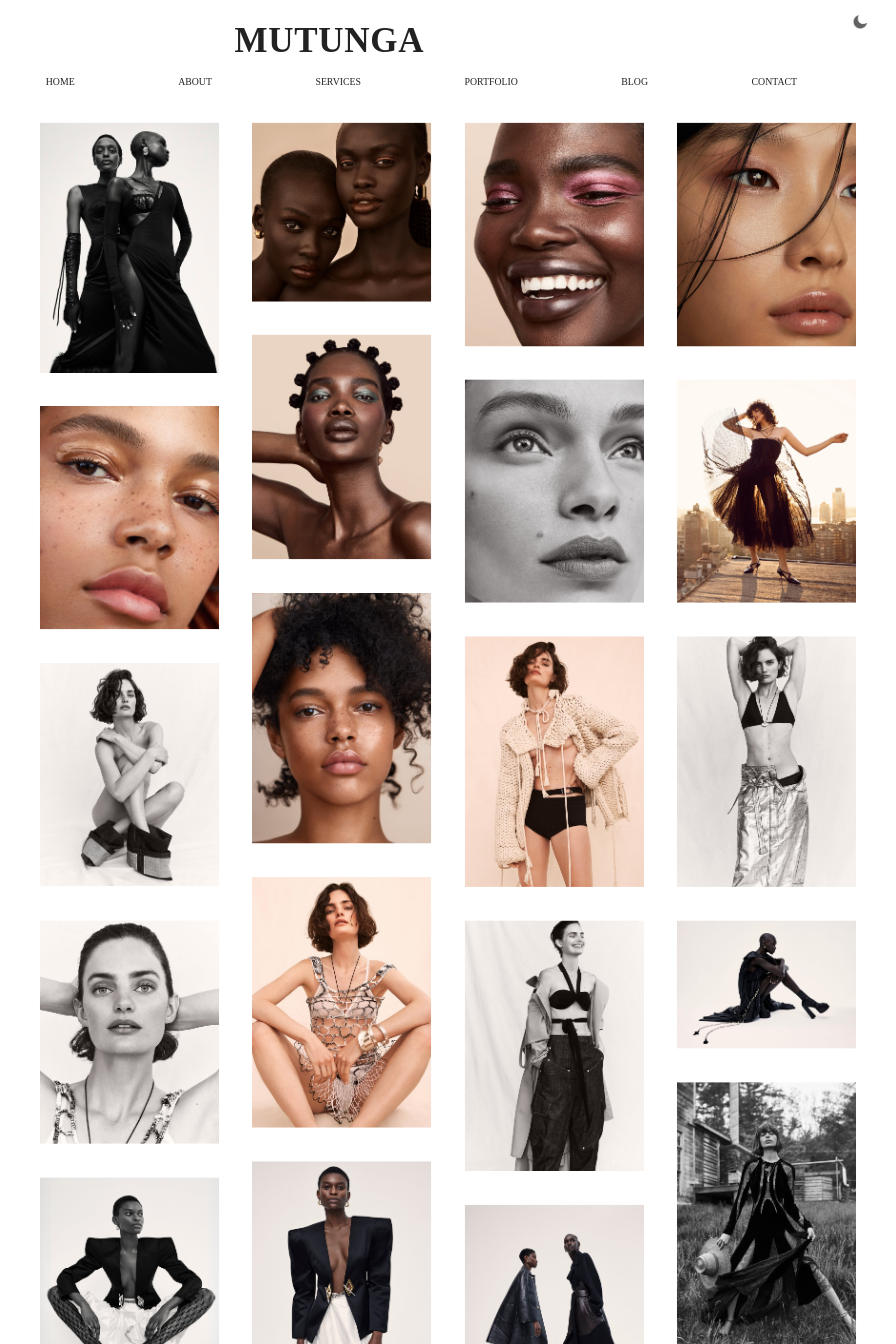
Repository: Jonar254/mutunga-concept-01
Page: index.html
An editor plug-in stored every save of this project. The page is shown before and after the next save, followed by the edit.
The browser window is 1280 px wide. The pictures show the part of the page from y = 0 to 1920 px (the page is 5074 px tall), at 70% of full size.
Some web fonts or font styles are not loaded; a fallback is used.

Above is the page before, as saved 2024-07-10 21:52:26.

### index.html
<!doctype html>
<!--[if lt IE 7]>      <html class="no-js lt-ie9 lt-ie8 lt-ie7" lang=""> <![endif]-->
<!--[if IE 7]>         <html class="no-js lt-ie9 lt-ie8" lang=""> <![endif]-->
<!--[if IE 8]>         <html class="no-js lt-ie9" lang=""> <![endif]-->
<!--[if gt IE 8]><!--> <html class="no-js" lang="en"> <!--<![endif]-->


<head>
        <meta charset="utf-8">
        <meta name="viewport" content="width=device-width, initial-scale=1">
		<meta name="description" content="">
        <meta name="author" content="IconicThemes">

        <title>Mutunga Photos || Index</title>

		<link rel="shortcut icon" type="image/x-icon" href="img/favicon.png">

        <!-- Font Awesome Icons CSS -->
        <link rel="stylesheet" href="css/font-awesome.min.css">
        <!-- Themify Icons CSS -->
        <link rel="stylesheet" href="css/themify-icons.css">
        <!-- Elegant Font Icons CSS -->
        <link rel="stylesheet" href="css/elegant-font-icons.css">
        <!-- Elegant Line Icons CSS -->
        <link rel="stylesheet" href="css/elegant-line-icons.css">
		<!-- Bootstrap CSS -->
        <link rel="stylesheet" href="css/bootstrap.min.css">
        <!-- CSS Animation -->
        <link rel="stylesheet" href="css/animate.min.css">
		<!-- Venobox CSS -->
        <link rel="stylesheet" href="css/venobox/venobox.css">
		<!-- OWL-Carousel CSS -->
        <link rel="stylesheet" href="css/owl.carousel.css">
        <!-- Slick Nav CSS -->
        <link rel="stylesheet" href="css/slicknav.min.css">
		<!-- Main CSS -->
        <link rel="stylesheet" href="css/main.css">
		<!-- Responsive CSS -->
        <link rel="stylesheet" href="css/responsive.css">

        <script src="js/vendor/modernizr-2.8.3-respond-1.4.2.min.js"></script>
        <script src="https://cdnjs.cloudflare.com/ajax/libs/scrollReveal.js/4.0.9/scrollreveal.min.js" integrity="sha512-Kr+RPfLjQ71E0cJ9nseJ6jwTrnmMnuSPnnsVQQ/ZYYCjOHKfJcWj8ILICXnvf9A7ZQChNzIbr9x/ZAxA6xAZlQ==" crossorigin="anonymous" referrerpolicy="no-referrer"></script>
        <script>
            document.addEventListener('DOMContentLoaded', function() {
              ScrollReveal().reveal('.reveal', {
                duration: 1000,      // Duration of the animation
                easing: 'ease-in-out', // Easing for a smooth animation
                viewFactor: 0.3,     // Percentage of the element that must be within the viewport
                mobile: true,        // Ensures that the animations work on mobile devices
              });
            });
          </script>

    </head>
    <body>
        <!--[if lt IE 8]>
            <p class="browserupgrade">You are using an <strong>outdated</strong> browser. Please <a href="http://browsehappy.com/">upgrade your browser</a> to improve your experience.</p>
        <![endif]-->

        <div class="site-preloader-wrap">
            <div class="spinner"></div>
        </div><!-- Preloader -->

        <header id="header" class="header-section">
            <div class="container-fluid">
                <div class="row d-flex flex-column align-items-center">
                    <div class="col-lg-6 col-md-12 text-center text-lg-left pt-lg-4">
                        <div class="site-branding">
                            <a href="index.html"><h2 class="site-title">MUTUNGA</h2></a>
                        </div>
                    </div>
                    <div id="theme-toggle" class="theme-toggle">
                        <button id="theme-toggle" class="theme-toggle"><img src="img/sun.png" alt="Toggle Theme" style="max-width: 25px; max-height: 25px;"></button>
                    </div>
                    <div class="col-12 text-center">
                        <ul id="mainmenu" class="nav navbar-nav nav-menu">
                            <li class="nav-item active"><a href="index.html" class="nav-link">Home</a></li>
                            <li class="nav-item"><a href="#" class="nav-link">About</a></li>
                            <li class="nav-item"><a href="#" class="nav-link">Services</a></li>
                            <li class="nav-item"><a href="#" class="nav-link">Portfolio</a></li>
                            <li class="nav-item"><a href="#" class="nav-link">Blog</a></li>
                            <li class="nav-item"><a href="#" class="nav-link">Contact</a></li>
                        </ul>
                    </div>
                    <!-- Theme toggle button -->

                </div>
            </div>
        </header>



       <!--<div class="header-height"></div>-->



        <section class="portfolio-section padding">
        <div class="container-fluid px-lg-5">
            <!-- <div class="row">
                 <ul class="portfolio-filter text-center mb-30">
                     <li class="active" data-filter="*">All</li>
                     <li data-filter=".branding">Branding</li>
                     <li data-filter=".design">Design</li>
                     <li data-filter=".wordpress">Wordpress</li>
                     <li data-filter=".marketing">Marketing</li>
                 </ul> /.Work filter
             </div> -->
             <div class="row portfolio-items">
                 <div class="col-lg-3 col-md-4 col-sm-6 mb-5 px-sm-4 px-md-4 reveal single-item ">
                     <div class="portfolio-box">
                         <img src="img/lara (17).jpg" alt="img">

                     </div>
                 </div><!-- /Portfolio-1 -->
                 <div class="col-lg-3 col-md-4 col-sm-6 mb-5 px-sm-4 px-md-4 reveal single-item ">
                     <div class="portfolio-box">
                         <img src="img/lara (2).jpeg" alt="img">

                     </div>
                 </div><!-- /Portfolio-2 -->
                 <div class="col-lg-3 col-md-4 col-sm-6 mb-5 px-sm-4 px-md-4 reveal single-item ">
                     <div class="portfolio-box">
                         <img src="img/lara (3).jpeg" alt="img">

                     </div>
                 </div><!-- /Portfolio-3 -->
                 <div class="col-lg-3 col-md-4 col-sm-6 mb-5 px-sm-4 px-md-4 reveal single-item ">
                     <div class="portfolio-box">
                         <img src="img/lara (1).jpg" alt="img">

                     </div>
                 </div><!-- /Portfolio-4 -->
                 <div class="col-lg-3 col-md-4 col-sm-6 mb-5 px-sm-4 px-md-4 reveal single-item " >
                     <div class="portfolio-box">
                         <img src="img/lara (5).jpeg" alt="img">

                     </div>
                 </div><!-- /Portfolio-5 -->
                 <div class="col-lg-3 col-md-4 col-sm-6 mb-5 px-sm-4 px-md-4 reveal single-item " >
                     <div class="portfolio-box">
                         <img src="img/lara (6).jpeg" alt="img">

                     </div>
                 </div><!-- /Portfolio-6 -->
                 <div class="col-lg-3 col-md-4 col-sm-6 mb-5 px-sm-4 px-md-4 reveal single-item " >
                     <div class="portfolio-box">
                         <img src="img/lara (7).jpeg" alt="img">

                     </div>
                 </div><!-- /Portfolio-7 -->
                 <div class="col-lg-3 col-md-4 col-sm-6 mb-5 px-sm-4 px-md-4 reveal single-item " >
                     <div class="portfolio-box">
                         <img src="img/lara (8).jpg" alt="img">

                     </div>
                 </div><!-- /Portfolio-8 -->
                 <div class="col-lg-3 col-md-4 col-sm-6 mb-5 px-sm-4 px-md-4 reveal single-item" >
                     <div class="portfolio-box">
                         <img src="img/lara (9).jpg" alt="img">

                     </div>
                 </div><!-- /Portfolio-9 -->
                 <!-- Portfolio Items from 10 to 20 -->
<div class="col-lg-3 col-md-4 col-sm-6 mb-5 px-sm-4 px-md-4 reveal single-item" >
    <div class="portfolio-box">
        <img src="img/lara (10).jpg" alt="img">

    </div>
</div><!-- /Portfolio-10 -->

<div class="col-lg-3 col-md-4 col-sm-6 mb-5 px-sm-4 px-md-4 reveal single-item" >
    <div class="portfolio-box">
        <img src="img/lara (11).jpg" alt="img">

    </div>
</div><!-- /Portfolio-11 -->

<div class="col-lg-3 col-md-4 col-sm-6 mb-5 px-sm-4 px-md-4 reveal single-item" >
    <div class="portfolio-box">
        <img src="img/lara (12).jpg" alt="img">

    </div>
</div><!-- /Portfolio-12 -->

<div class="col-lg-3 col-md-4 col-sm-6 mb-5 px-sm-4 px-md-4 reveal single-item" >
    <div class="portfolio-box">
        <img src="img/lara (13).jpg" alt="img">

    </div>
</div><!-- /Portfolio-13 -->

<div class="col-lg-3 col-md-4 col-sm-6 mb-5 px-sm-4 px-md-4 reveal single-item" >
    <div class="portfolio-box">
        <img src="img/lara (14).jpg" alt="img">

    </div>
</div><!-- /Portfolio-14 -->

<div class="col-lg-3 col-md-4 col-sm-6 mb-5 px-sm-4 px-md-4 reveal single-item" >
    <div class="portfolio-box">
        <img src="img/lara (15).jpg" alt="img">

    </div>
</div><!-- /Portfolio-15 -->

<div class="col-lg-3 col-md-4 col-sm-6 mb-5 px-sm-4 px-md-4 reveal single-item" >
    <div class="portfolio-box">
        <img src="img/lara (16).jpg" alt="img">

    </div>
</div><!-- /Portfolio-16 -->

<div class="col-lg-3 col-md-4 col-sm-6 mb-5 px-sm-4 px-md-4 reveal single-item" >
    <div class="portfolio-box">
        <img src="img/lara (4).jpg" alt="img">

    </div>
</div><!-- /Portfolio-17 -->

<div class="col-lg-3 col-md-4 col-sm-6 mb-5 px-sm-4 px-md-4 reveal single-item" >
    <div class="portfolio-box">
        <img src="img/lara (18).jpg" alt="img">

    </div>
</div><!-- /Portfolio-18 -->

<div class="col-lg-3 col-md-4 col-sm-6 mb-5 px-sm-4 px-md-4 reveal single-item" >
    <div class="portfolio-box">
        <img src="img/lara (19).jpg" alt="img">

    </div>
</div><!-- /Portfolio-19 -->

<div class="col-lg-3 col-md-4 col-sm-6 mb-5 px-sm-6 px-md-4 reveal single-item" >
    <div class="portfolio-box">
        <img src="img/lara (20).jpg" alt="img">

    </div>
</div><!-- /Portfolio-20 -->
<!-- Portfolio Items from 41 to 60 -->
<div class="col-lg-3 col-md-4 col-sm-6 mb-5 px-sm-6 px-md-4 reveal single-item" >
    <div class="portfolio-box">
        <img src="img/lara (41).jpg" alt="img">

    </div>
</div><!-- /Portfolio-41 -->

<div class="col-lg-3 col-md-4 col-sm-6 mb-5 px-sm-6 px-md-4 reveal single-item" >
    <div class="portfolio-box">
        <img src="img/lara (42).jpg" alt="img">

    </div>
</div><!-- /Portfolio-42 -->

<div class="col-lg-3 col-md-4 col-sm-6 mb-5 px-sm-6 px-md-4 reveal single-item" >
    <div class="portfolio-box">
        <img src="img/lara (43).jpg" alt="img">

    </div>
</div><!-- /Portfolio-43 -->

<div class="col-lg-3 col-md-4 col-sm-6 mb-5 px-sm-6 px-md-4 reveal single-item" >
    <div class="portfolio-box">
        <img src="img/lara (44).jpg" alt="img">

    </div>
</div><!-- /Portfolio-44 -->

<div class="col-lg-3 col-md-4 col-sm-6 mb-5 px-sm-6 px-md-4 reveal single-item" >
    <div class="portfolio-box">
        <img src="img/lara (45).jpg" alt="img">

    </div>
</div><!-- /Portfolio-45 -->

<div class="col-lg-3 col-md-4 col-sm-6 mb-5 px-sm-6 px-md-4 reveal single-item" >
    <div class="portfolio-box">
        <img src="img/lara (46).jpg" alt="img">

    </div>
</div><!-- /Portfolio-46 -->

<div class="col-lg-3 col-md-4 col-sm-6 mb-5 px-sm-6 px-md-4 reveal single-item" >
    <div class="portfolio-box">
        <img src="img/lara (47).jpg" alt="img">

    </div>
</div><!-- /Portfolio-47 -->

<div class="col-lg-3 col-md-4 col-sm-6 mb-5 px-sm-6 px-md-4 reveal single-item" >
    <div class="portfolio-box">
        <img src="img/lara (48).jpg" alt="img">

    </div>
</div><!-- /Portfolio-48 -->

<div class="col-lg-3 col-md-4 col-sm-6 mb-5 px-sm-6 px-md-4 reveal single-item" >
    <div class="portfolio-box">
        <img src="img/lara (49).jpg" alt="img">

    </div>
</div><!-- /Portfolio-49 -->

<div class="col-lg-3 col-md-4 col-sm-6 mb-5 px-sm-6 px-md-4 reveal single-item" >
    <div class="portfolio-box">
        <img src="img/lara (50).jpg" alt="img">

    </div>
</div><!-- /Portfolio-50 -->
<!-- Portfolio Items from 21 to 40 -->
<div class="col-lg-3 col-md-4 col-sm-6 mb-5 px-sm-6 px-md-4 reveal single-item" >
    <div class="portfolio-box">
        <img src="img/lara (21).jpg" alt="img">

    </div>
</div><!-- /Portfolio-21 -->

<div class="col-lg-3 col-md-4 col-sm-6 mb-5 px-sm-6 px-md-4 reveal single-item" >
    <div class="portfolio-box">
        <img src="img/lara (22).jpg" alt="img">

    </div>
</div><!-- /Portfolio-22 -->

<div class="col-lg-3 col-md-4 col-sm-6 mb-5 px-sm-6 px-md-4 reveal single-item" >
    <div class="portfolio-box">
        <img src="img/lara (23).jpg" alt="img">

    </div>
</div><!-- /Portfolio-23 -->

<div class="col-lg-3 col-md-4 col-sm-6 mb-5 px-sm-6 px-md-4 reveal single-item" >
    <div class="portfolio-box">
        <img src="img/lara (24).jpg" alt="img">

    </div>
</div><!-- /Portfolio-24 -->

<div class="col-lg-3 col-md-4 col-sm-6 mb-5 px-sm-6 px-md-4 reveal single-item" >
    <div class="portfolio-box">
        <img src="img/lara (25).jpg" alt="img">

    </div>
</div><!-- /Portfolio-25 -->

<div class="col-lg-3 col-md-4 col-sm-6 mb-5 px-sm-6 px-md-4 reveal single-item" >
    <div class="portfolio-box">
        <img src="img/lara (26).jpg" alt="img">

    </div>
</div><!-- /Portfolio-26 -->

<div class="col-lg-3 col-md-4 col-sm-6 mb-5 px-sm-6 px-md-4 reveal single-item" >
    <div class="portfolio-box">
        <img src="img/lara (27).jpg" alt="img">

    </div>
</div><!-- /Portfolio-27 -->

<div class="col-lg-3 col-md-4 col-sm-6 mb-5 px-sm-6 px-md-4 reveal single-item" >
    <div class="portfolio-box">
        <img src="img/lara (28).jpg" alt="img">

    </div>
</div><!-- /Portfolio-28 -->

<div class="col-lg-3 col-md-4 col-sm-6 mb-5 px-sm-6 px-md-4 reveal single-item" >
    <div class="portfolio-box">
        <img src="img/lara (29).jpg" alt="img">

    </div>
</div><!-- /Portfolio-29 -->

<div class="col-lg-3 col-md-4 col-sm-6 mb-5 px-sm-6 px-md-4 reveal single-item" >
    <div class="portfolio-box">
        <img src="img/lara (30).jpg" alt="img">

    </div>
</div><!-- /Portfolio-30 -->

<div class="col-lg-3 col-md-4 col-sm-6 mb-5 px-sm-6 px-md-4 reveal single-item" >
    <div class="portfolio-box">
        <img src="img/lara (31).jpg" alt="img">

    </div>
</div><!-- /Portfolio-31 -->

<div class="col-lg-3 col-md-4 col-sm-6 mb-5 px-sm-6 px-md-4 reveal single-item" >
    <div class="portfolio-box">
        <img src="img/lara (32).jpg" alt="img">

    </div>
</div><!-- /Portfolio-32 -->

<div class="col-lg-3 col-md-4 col-sm-6 mb-5 px-sm-6 px-md-4 reveal single-item" >
    <div class="portfolio-box">
        <img src="img/lara (33).jpg" alt="img">

    </div>
</div><!-- /Portfolio-33 -->

<div class="col-lg-3 col-md-4 col-sm-6 mb-5 px-sm-6 px-md-4 reveal single-item" >
    <div class="portfolio-box">
        <img src="img/lara (34).jpg" alt="img">

    </div>
</div><!-- /Portfolio-34 -->

<div class="col-lg-3 col-md-4 col-sm-6 mb-5 px-sm-6 px-md-4 reveal single-item" >
    <div class="portfolio-box">
        <img src="img/lara (35).jpg" alt="img">

    </div>
</div><!-- /Portfolio-35 -->

<div class="col-lg-3 col-md-4 col-sm-6 mb-5 px-sm-6 px-md-4 reveal single-item" >
    <div class="portfolio-box">
        <img src="img/lara (36).jpg" alt="img">

    </div>
</div><!-- /Portfolio-36 -->

<div class="col-lg-3 col-md-4 col-sm-6 mb-5 px-sm-6 px-md-4 reveal single-item" >
    <div class="portfolio-box">
        <img src="img/lara (37).jpg" alt="img">

    </div>
    </div><!-- /Portfolio-37 -->

<div class="col-lg-3 col-md-4 col-sm-6 mb-5 px-sm-6 px-md-4 reveal single-item" >
    <div class="portfolio-box">
        <img src="img/lara (38).jpg" alt="img">

    </div>
</div><!-- /Portfolio-38 -->

<div class="col-lg-3 col-md-4 col-sm-6 mb-5 px-sm-6 px-md-4 reveal single-item" >
    <div class="portfolio-box">
        <img src="img/lara (39).jpg" alt="img">

    </div>
</div><!-- /Portfolio-39 -->

<div class="col-lg-3 col-md-4 col-sm-6 mb-5 px-sm-6 px-md-4 reveal single-item" >
    <div class="portfolio-box">
        <img src="img/lara (40).jpg" alt="img" >

    </div>
</div><!-- /Portfolio-40 -->


             </div>
             <!--
             <div class="load-more-btn text-center mt-30">
                 <a href="#" class="default-btn">Load More Projects</a>
             </div>-->
         </div>
        </section>

<!--
        <section class="footer-widget-section padding">
            <div class="container">
                <div class="row">
                    <div class="col-md-4 col-sm-6 xs-padding">
                        <div class="footer-widget">
                            <h2 class="text-white">Stela.</h2>
                            <div class="sep"></div>
                            <p class="mb-0">Stela will help you to make any website like creative startups, professional photographer, portfolio agency or other business very easily as it has been coded in Bootstrap and CSS3.</p>
                        </div>
                    </div>
                    <div class="col-md-4 col-sm-6 xs-padding">
                        <div class="footer-widget">
                            <ul class="address">
                                <li><i class="fa fa-phone"></i> <a href="mailto:+12345678905">+1234 567 8905</a></li>
                                <li><i class="fa fa-envelope-o"></i> <a href="mailto:email@yourdomain.com">email@yourdomain.com</a></li>
                                <li><i class="fa fa-map-marker"></i> 60 Grand Avenue. Central New Road 0708, USA</li>
                            </ul>
                            <ul class="social-icon">
                                <li class="facebook"><a href="#"><i class="fa fa-facebook"></i></a></li>
                                <li class="twitter"><a href="#"><i class="fa fa-twitter"></i></a></li>
                                <li class="instagram"><a href="#"><i class="fa fa-instagram"></i></a></li>
                                <li class="pinterest"><a href="#"><i class="fa fa-pinterest"></i></a></li>
                                <li class="dribbble"><a href="#"><i class="fa fa-dribbble"></i></a></li>
                            </ul>
                        </div>
                    </div>
                    <div class="col-md-4 col-sm-6 xs-padding">
                        <div class="footer-widget">
                            <h2 class="text-white">About me.</h2>
                            <div class="sep"></div>
                            <p class="mb-0">I believe that every client Business more management is a holistic management approach focused on aligning all aspects organization with the wants and needs of clients.</p>
                        </div>
                    </div>
                </div>
            </div>
        </section><!-- /.footer-widget-section -->
        <!--
        <footer class="copyright-text text-center">
            <div class="container">
                <p>&copy; 2024 Mutunga Photos</p>
            </div>
        </footer> /.copyright-text -->

		<a data-scroll href="#header" id="scroll-to-top"><i class="arrow_up"></i></a>

		<!-- jQuery Lib -->

		<script src="js/vendor/jquery-1.12.4.min.js"></script>
		<!-- Bootstrap JS -->
		<script src="js/vendor/bootstrap.min.js"></script>
		<!-- Tether JS -->
		<script src="js/vendor/tether.min.js"></script>
        <!-- Imagesloaded JS -->
        <script src="js/vendor/imagesloaded.pkgd.min.js"></script>
		<!-- OWL-Carousel JS -->
		<script src="js/vendor/owl.carousel.min.js"></script>
		<!-- isotope JS -->
		<script src="js/vendor/jquery.isotope.v3.0.2.js"></script>
		<!-- Smooth Scroll JS -->
		<script src="js/vendor/smooth-scroll.min.js"></script>
		<!-- venobox JS -->
		<script src="js/vendor/venobox.min.js"></script>
        <!-- Slick Nav JS -->
        <script src="js/vendor/jquery.slicknav.min.js"></script>
        <!-- Wow JS -->
		<script src="js/vendor/wow.min.js"></script>
		<!-- Contact JS -->
		<script src="js/contact.js"></script>
		<!-- Main JS -->
		<script src="js/main.js"></script>

    </body>

</html>

Loaded but not shown: css/font-awesome.min.css (library); css/themify-icons.css (library); css/bootstrap.min.css (library); css/animate.min.css (library); css/venobox/venobox.css (common file); css/owl.carousel.css (library); css/slicknav.min.css (common file); js/vendor/modernizr-2.8.3-respond-1.4.2.min.js (library); js/vendor/jquery-1.12.4.min.js (library); js/vendor/bootstrap.min.js (library); js/vendor/tether.min.js (library); js/vendor/imagesloaded.pkgd.min.js (library); js/vendor/owl.carousel.min.js (library); js/vendor/jquery.isotope.v3.0.2.js (library); js/vendor/smooth-scroll.min.js (library); js/vendor/venobox.min.js (library); js/vendor/jquery.slicknav.min.js (library); js/vendor/wow.min.js (library); js/main.js (221 lines, source omitted); js/contact.js (49 lines, source omitted); css/main.css (1601 lines, source omitted); css/elegant-font-icons.css (1157 lines, source omitted); css/elegant-line-icons.css (343 lines, source omitted); css/responsive.css (155 lines, source omitted)

After the next save:
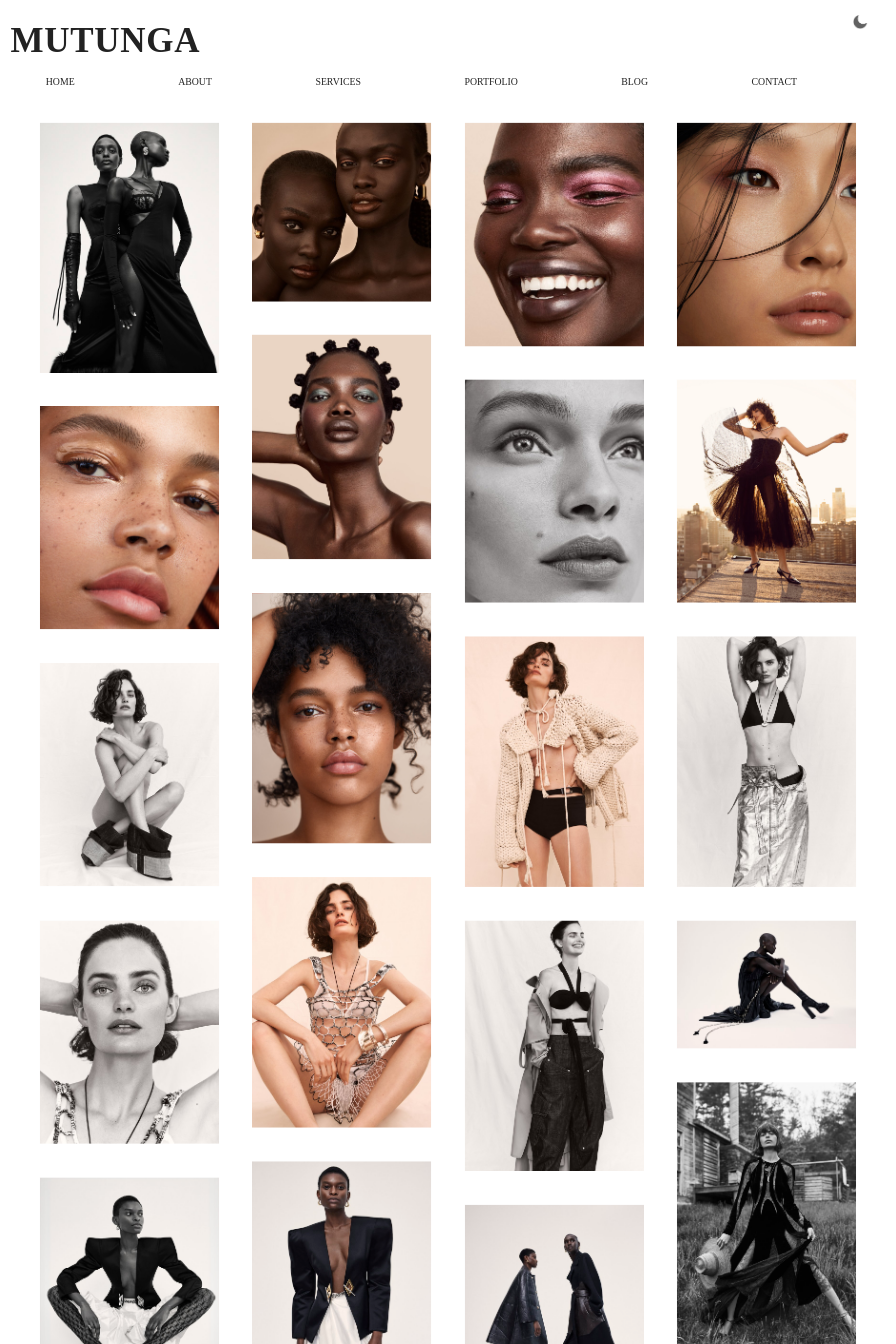
Saved 22 s later.
--- a/index.html
+++ b/index.html
@@ -64,7 +64,7 @@
         <header id="header" class="header-section">
             <div class="container-fluid">
                 <div class="row d-flex flex-column align-items-center">
-                    <div class="col-lg-6 col-md-12 text-center text-lg-left pt-lg-4">
+                    <div class="col-12 col-md-12 text-center text-lg-left pt-lg-4">
                         <div class="site-branding">
                             <a href="index.html"><h2 class="site-title">MUTUNGA</h2></a>
                         </div>
